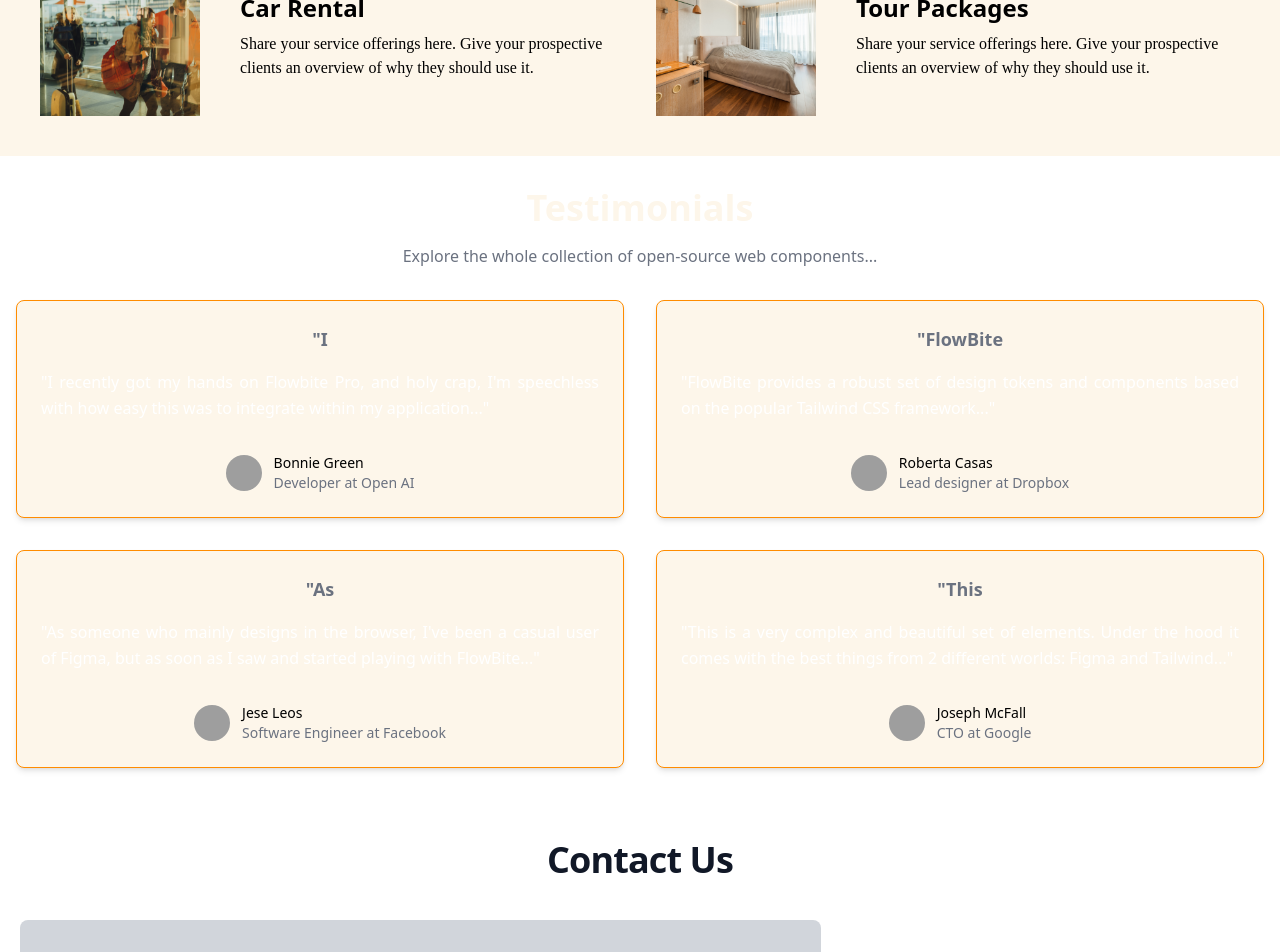
Repository: prabeshsitaula07/greatnepalholidays
Page: / (app in frontend/)
These files come from the project's save history. The page is drawn as it stood at one moment and after the next save; the edit follows.
The browser window is 1280 px wide. The pictures show the part of the page from y = 3544 to 4496 px (the page is 7245 px tall before and 7205 px after).
Pictures or frames that could not be fetched are drawn as grey boxes. Some web fonts or font styles are not loaded; a fallback is used. The project was rebuilt for these pictures with package versions that can differ from the ones it lists, and the page was loaded fresh each time. Also part of the build but not shown: frontend/vite.config.ts. Imported but missing from the stored project, and not drawn on this page: frontend/src/assets/bgvideo.mp4.

Above is the page before, as saved 2024-11-23 11:26:58.

After the next save:
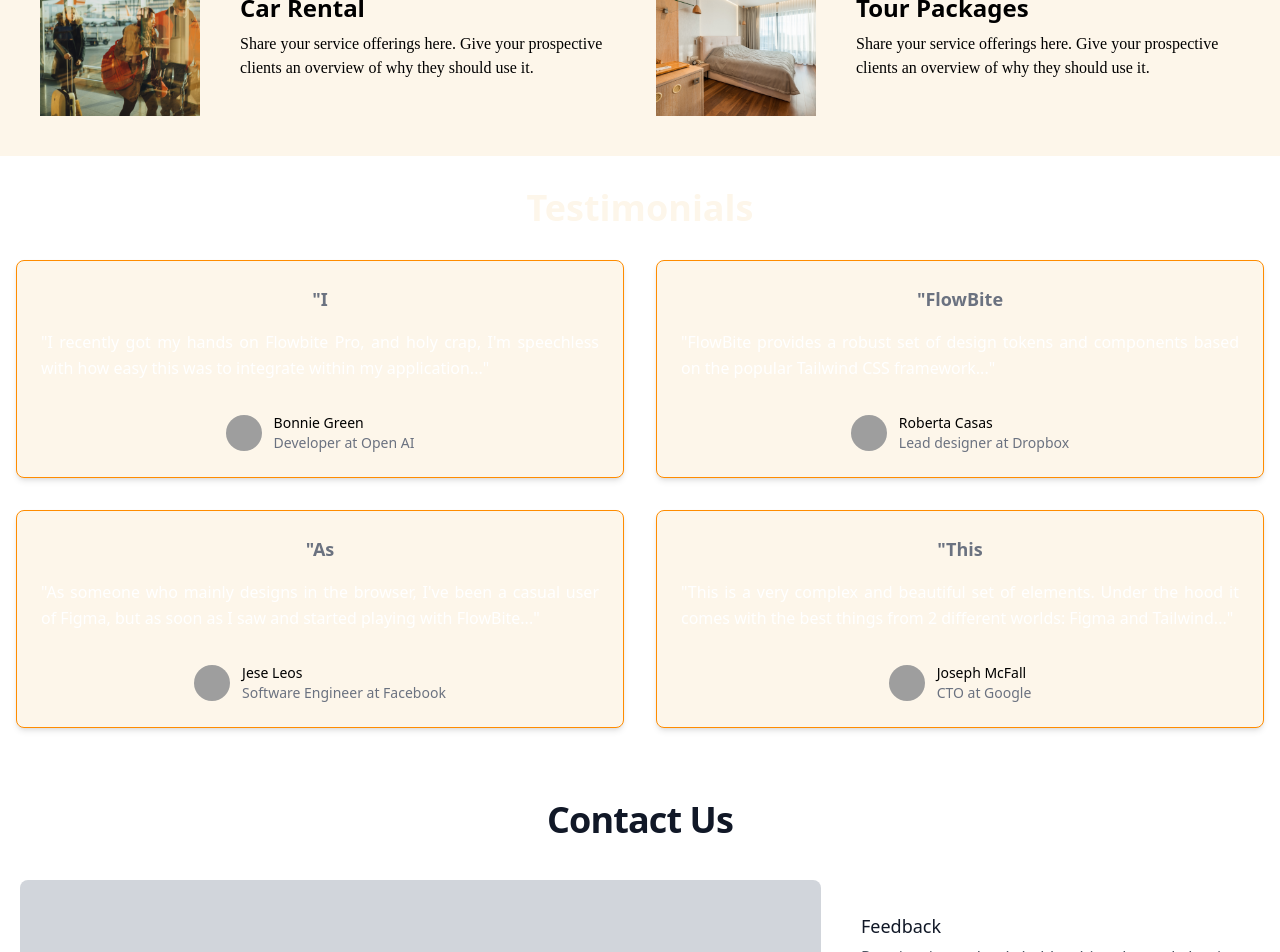
Saved 11 s later.
--- a/frontend/src/components/Testimonial/Testimonial.tsx
+++ b/frontend/src/components/Testimonial/Testimonial.tsx
@@ -29,7 +29,7 @@
     return (
       <section className="bg-white py-8 px-4 m-auto max-w-screen-xl text-center">
         <h2 className="mb-4 text-4xl font-extrabold text-primary dark:text-black">Testimonials</h2>
-        <p className="mb-8 text-gray-500 dark:text-gray-400">Explore the whole collection of open-source web components...</p>
+        <p className="mb-8 text-gray-500 dark:text-gray-400"></p>
         <div className="grid gap-8 lg:grid-cols-2">
           {testimonials.map(({ name, title, image, quote }, index) => (
             <div

After the save that followed:
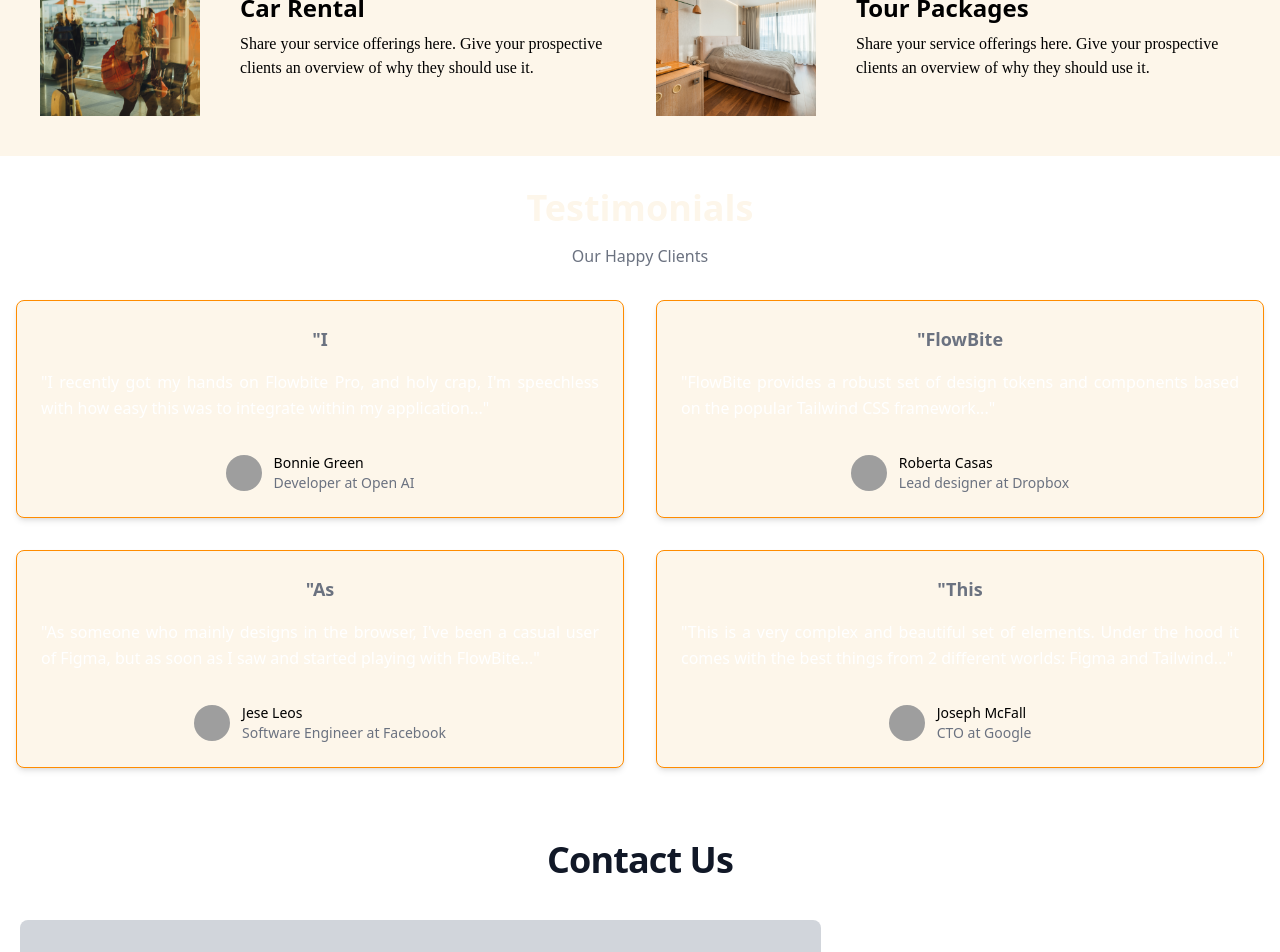
Saved 8 s later.
--- a/frontend/src/components/Testimonial/Testimonial.tsx
+++ b/frontend/src/components/Testimonial/Testimonial.tsx
@@ -29,7 +29,7 @@
     return (
       <section className="bg-white py-8 px-4 m-auto max-w-screen-xl text-center">
         <h2 className="mb-4 text-4xl font-extrabold text-primary dark:text-black">Testimonials</h2>
-        <p className="mb-8 text-gray-500 dark:text-gray-400"></p>
+        <p className="mb-8 text-gray-500 dark:text-gray-400">Our Happy Clients</p>
         <div className="grid gap-8 lg:grid-cols-2">
           {testimonials.map(({ name, title, image, quote }, index) => (
             <div
